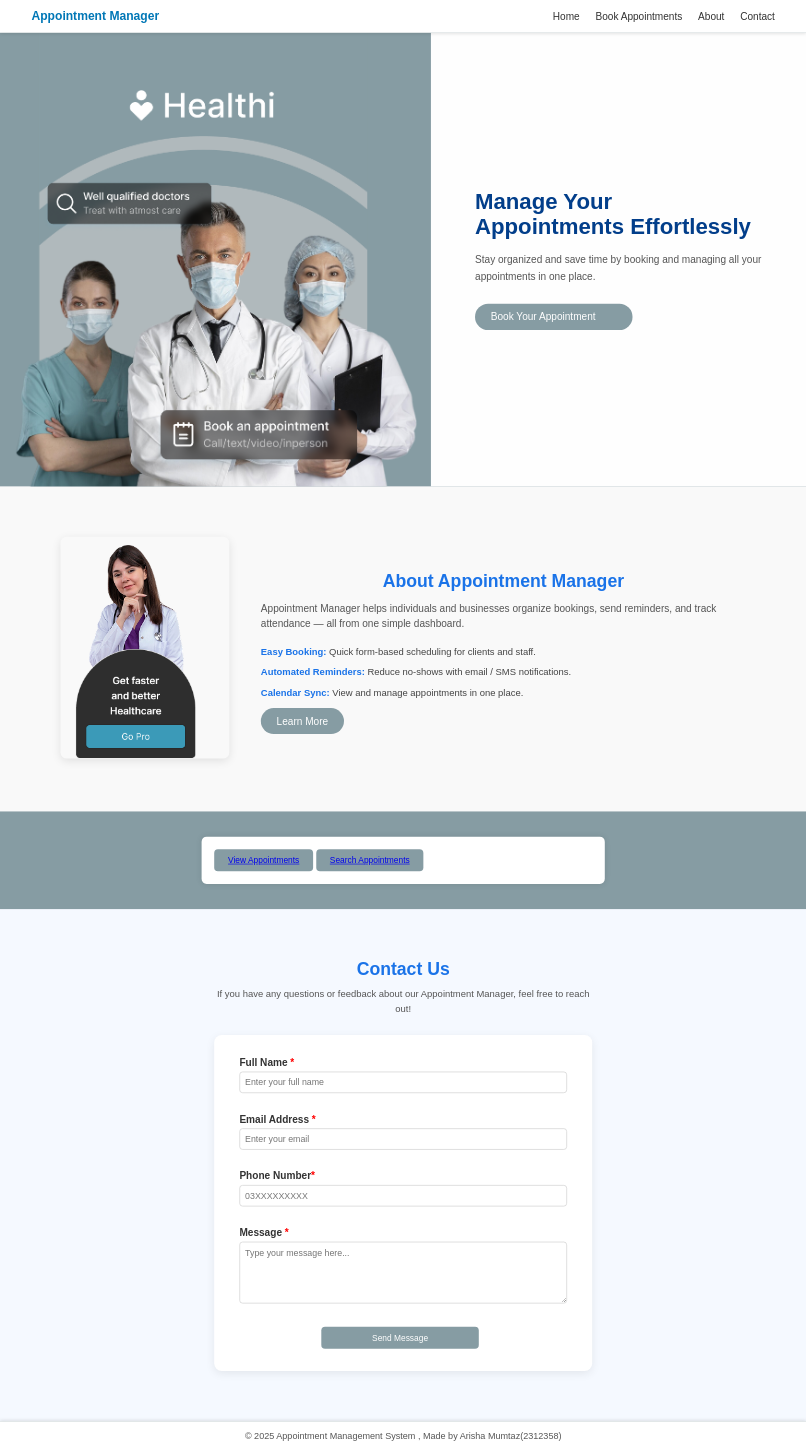
Repository: Arisha004/Hospital-Appointment-Management-System
Page: landingpage.html
An editor plug-in stored every save of this project. The page is shown before and after the next save, followed by the edit.
The browser window is 1280 px wide. The pictures show the whole page, at 63% of full size.

Above is the page before, as saved 2025-10-24 15:43:51.

### landingpage.html
<!DOCTYPE html>
<html lang="en">
<head>
  <meta charset="UTF-8">
  <meta name="viewport" content="width=device-width, initial-scale=1.0">
  <title>Appointment Management System</title>
  <link rel="stylesheet" href="style.css">
</head>
<body>
  <header class="navbar">
    <div class="logo">Appointment Manager</div>
    <nav>
      <ul>
        <li><a href="#">Home</a></li>
        <li><a href="index.php">Book Appointments</a></li>
        <li><a href="#about">About</a></li>
        <li><a href="#contact">Contact</a></li>
      </ul>
    </nav>
  </header>


  <section class="landing">
      <div class="right"></div>
    <div class="left">
      <h1>Manage Your Appointments Effortlessly</h1>
      <p>Stay organized and save time by booking and managing all your appointments in one place.</p>
      <a href="index.php" class="btn">Book Your Appointment</a>
    </div>

  </section>
  </section>


  <section id="about" class="about">
    <div class="container about-inner">
      <div class="about-image" aria-hidden="true">

        <img src="images/pic2.png" alt="" />
      </div>
      <div class="about-content">
        <h2>About Appointment Manager</h2>
        <p>Appointment Manager helps individuals and businesses organize bookings, send reminders, and track attendance — all from one simple dashboard.</p>
        <ul class="features">
          <li><strong>Easy Booking:</strong> Quick form-based scheduling for clients and staff.</li>
          <li><strong>Automated Reminders:</strong> Reduce no-shows with email / SMS notifications.</li>
          <li><strong>Calendar Sync:</strong> View and manage appointments in one place.</li>
        </ul>
        <a href="about.html" class="btn">Learn More</a>
      </div>
    </div>
  </section>
  <section id="crudoperations">
    <div class="container1">
      <button> <a href="list.php" >View Appointments</a></button>
       <button>  <a href="searching.php">Search Appointments</a></button>
      </div>
    </div>
  </section>

  <section id="contact" class="contact">
    <div class="container contact-inner">
      <h2>Contact Us</h2>
      <p>If you have any questions or feedback about our Appointment Manager, feel free to reach out!</p>

      <form action="insertcontactform.php" method="post" class="contact-form">
        <div class="form-group">
          <label for="name">Full Name <span>*</span></label>
          <input type="text" id="name" name="name" placeholder="Enter your full name" required pattern="[A-Za-z\s]{3,}">
        </div>

        <div class="form-group">
          <label for="email">Email Address <span>*</span></label>
          <input type="email" id="email" name="email" placeholder="Enter your email" required>
        </div>

        <div class="form-group">
          <label for="phone">Phone Number<span>*</span></label>
          <input type="tel" id="phone" name="phone" placeholder="03XXXXXXXXX" required pattern="[0-9]{11}" title="Enter 11-digit number only">
        </div>

        <div class="form-group">
          <label for="message">Message <span>*</span></label>
          <textarea id="message" name="message" rows="5" placeholder="Type your message here..." required minlength="10"></textarea>
        </div>

        <button type="submit" class="btn">Send Message</button>
      </form>
    </div>

  </section>
  <footer>
    <p>© 2025 Appointment Management System , Made by Arisha Mumtaz(2312358)</p>
  </footer>
</body>
</html>

### style.css
/* Reset and fonts */
* {
  margin: 0;
  padding: 0;
  box-sizing: border-box;
  font-family: 'Poppins', sans-serif;
}

body {
  background: #869CA3;
  color: #333;
}
/* About Section */
.about {
  background-color: #f9f9f9;
  padding: 80px 0;
}

.about-inner {
  width: 85%;
  max-width: 1100px;
  margin: 0 auto;
  display: flex;
  align-items: center;
  justify-content: space-between;
  gap: 50px;
  flex-wrap: wrap; /* makes it responsive */
}

.about-image img {
  width: 100%;
  max-width: 450px;
  border-radius: 10px;
  box-shadow: 0 4px 15px rgba(0,0,0,0.1);
}

.about-content {
  flex: 1;
  min-width: 300px;
}

.about-content h2 {
  font-size: 28px;
  color: #1a73e8;
  margin-bottom: 15px;
}

.about-content p {
  font-size: 16px;
  color: #555;
  line-height: 1.6;
  margin-bottom: 20px;
}

.features {
  list-style: none;
  padding: 0;
  margin-bottom: 25px;
}

.features li {
  margin-bottom: 10px;
  color: #444;
  font-size: 15px;
  line-height: 1.5;
}

.features strong {
  color: #1a73e8;
}


/* Contact Section */
.contact {
  background-color: #f5f9ff;
  padding: 80px 0;
}

.contact-inner {
  width: 85%;
  max-width: 600px;
  margin: 0 auto;
  text-align: center;
}

.contact h2 {
  font-size: 28px;
  color: #1a73e8;
  margin-bottom: 10px;
}

.contact p {
  color: #555;
  margin-bottom: 30px;
  font-size: 15px;
  line-height: 1.6;
}

.contact-form {
  background-color: #fff;
  padding: 35px 40px;
  border-radius: 12px;
  box-shadow: 0 4px 15px rgba(0,0,0,0.08);
  text-align: left;
}

.form-group {
  margin-bottom: 18px;
}

label {
  display: block;
  font-weight: 500;
  margin-bottom: 6px;
  color: #333;
}

label span {
  color: red;
}

input, textarea {
  width: 100%;
  padding: 10px 12px;
  border: 1px solid #ccc;
  border-radius: 6px;
  font-size: 14px;
  outline: none;
  transition: border-color 0.3s ease;
}

input:focus, textarea:focus {
  border-color: #1a73e8;
  box-shadow: 0 0 5px rgba(26,115,232,0.3);
}


.contact-form .btn {
  display: inline-block;
  background-color: #869CA3;
  color: #fff;
  padding: 10px 22px;
  border: none;
  border-radius: 6px;
  cursor: pointer;
  font-weight: 500;

  margin-left: 130px;
  transition: 0.3s;
   text-align: center;
}

.contact-form .btn:hover {
  background-color: #7498a3;
  transform: translateY(-2px);
}

/* Navbar */
.navbar {
  display: flex;
  justify-content: space-between;
  align-items: center;
  padding: 15px 50px;
  background: #fff;
  box-shadow: 0 2px 5px rgba(0,0,0,0.1);
  position: sticky;
  top: 0;
  z-index: 10;
}

.navbar .logo {
  font-weight: 700;
  font-size: 1.2rem;
  color: #0077b6;
}

.navbar ul {
  display: flex;
  list-style: none;
}

.navbar ul li a {
  text-decoration: none;
  color: #333;
  margin-left: 25px;
  transition: 0.3s;
}

.navbar ul li a:hover {
  color: #0077b6;
}

/* Split Landing Section */
.landing {
  display: flex;
  height: 100vh;
}

  .container1 { width: 50%; margin: 40px auto; background: #fff; padding: 20px; border-radius: 8px; box-shadow: 0 0 10px rgba(0,0,0,0.1); }
  h2 { text-align: center; color: #007bff; }
  label { font-weight: bold; display: block; margin-bottom: 5px; }
  input, select, textarea {
      width: 100%;
      padding: 8px;
      margin-bottom: 15px;
      border: 1px solid #ccc;
      border-radius: 5px;
  }

  button{

  display: inline-block;
  background-color: #869CA3;
  color: #fff;
  padding: 10px 22px;
  border: none;
  border-radius: 6px;
  cursor: pointer;
  font-weight: 500;

  transition: 0.3s;
   text-align: center;
}

button:hover {
  background-color: #7498a3;
  transform: translateY(-2px);
}
/* Left Text Section */
.landing .left {
  flex: 1;
  width: 50%;
  display: flex;
  flex-direction: column;
  justify-content: center;
  padding: 0 70px;
  background: #fefefe;
}

.landing .left h1 {
  font-size: 2.2rem;
  color: #023e8a;
  margin-bottom: 20px;
}

.landing .left p {
  font-size: 1rem;
  color: #555;
  margin-bottom: 30px;
  line-height: 1.6;
}

.btn {
  background: #869CA3;
  color: #fff;
  padding: 12px 25px;
  border-radius: 30px;
  text-decoration: none;
  font-weight: 300;
  transition: 0.3s;
  width: 250px;
}

.btn:hover {
  background: #7498a3;
}

/* Right Image Section */
.landing .right {
  flex: 1.5;
  background:url(images/pic1.png);
  background-repeat: no-repeat;
  background-size: cover;
  position: relative;
}

.landing .right::after {
  content: "";
  position: absolute;
  inset: 0;
}

/* Footer */
footer {
  text-align: center;
  padding: 15px;
  background: #fff;
  box-shadow: 0 -2px 5px rgba(0,0,0,0.1);
  font-size: 0.9rem;
  color: #555;
}

After the next save:
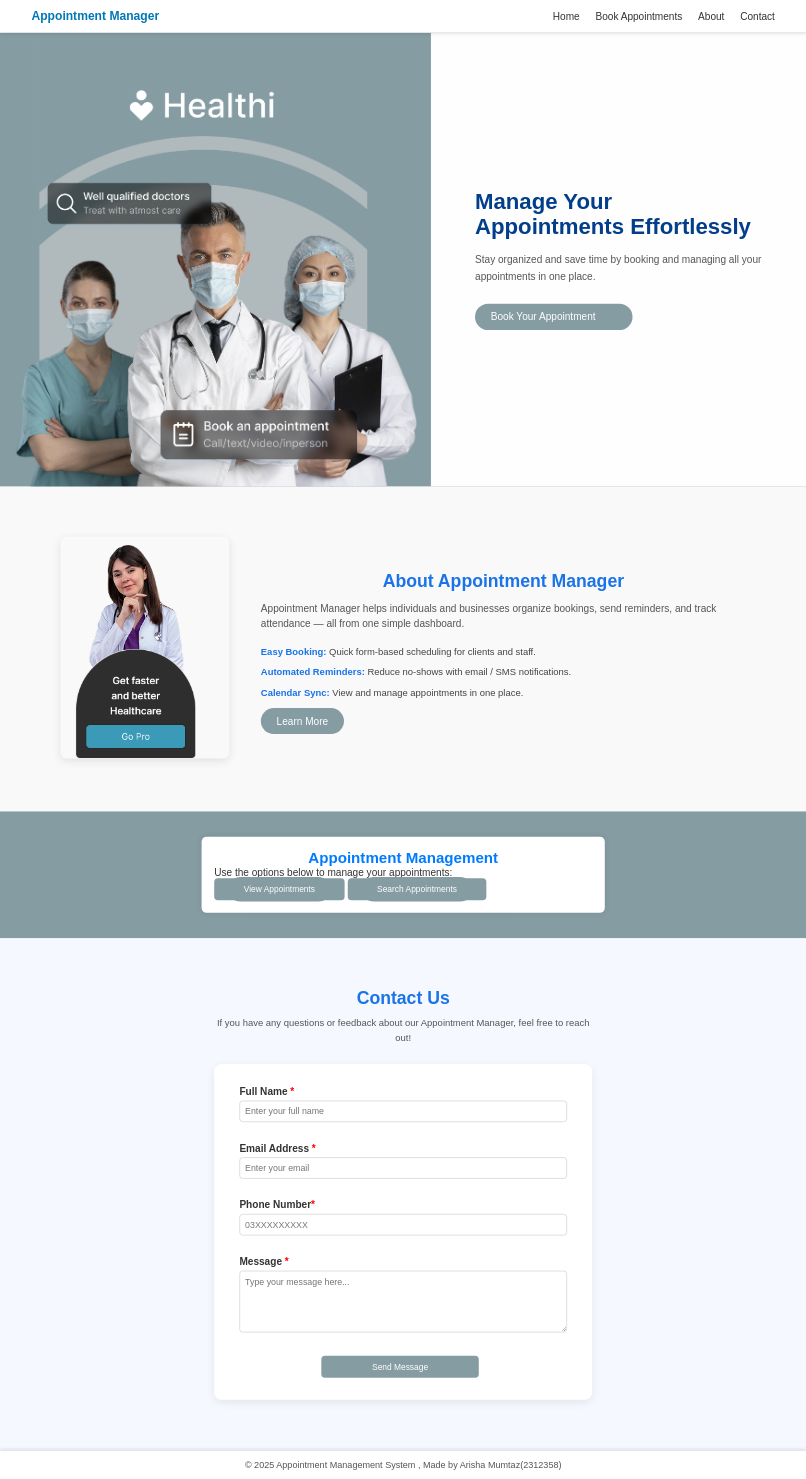
Saved 33 s later.
--- a/landingpage.html
+++ b/landingpage.html
@@ -52,8 +52,11 @@
   </section>
   <section id="crudoperations">
     <div class="container1">
-      <button> <a href="list.php" >View Appointments</a></button>
-       <button>  <a href="searching.php">Search Appointments</a></button>
+      <h2>Appointment Management</h2>
+      <p>Use the options below to manage your appointments:</p>
+      <div class="buttons">
+      <button> <a href="list.php" class="btn">View Appointments</a></button>
+       <button>  <a href="searching.php" class="btn">Search Appointments</a></button>
       </div>
     </div>
   </section>
